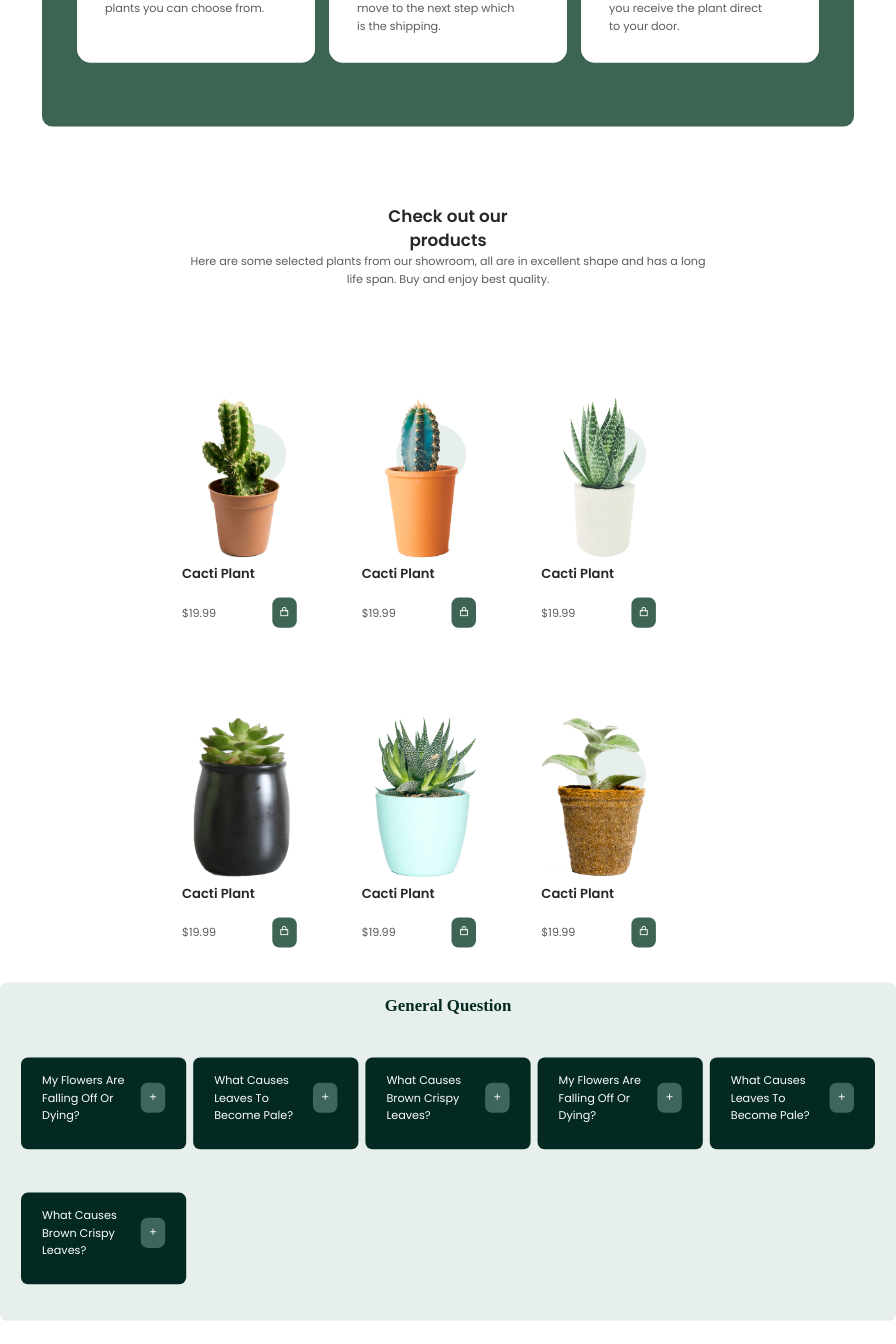
Repository: OmniaRafat232111121/plantwebsite
Page: index.html
The author's editor kept a copy of each file at every save. The page is drawn from the files as they stood at one save, then again after the next save.
The browser window is 1280 px wide. The pictures show the part of the page from y = 1434 to 3354 px (the page is 3354 px tall before and 3304 px after), at 70% of full size.

Above is the page before, as saved 2023-01-05 14:55:26.

After the next save:
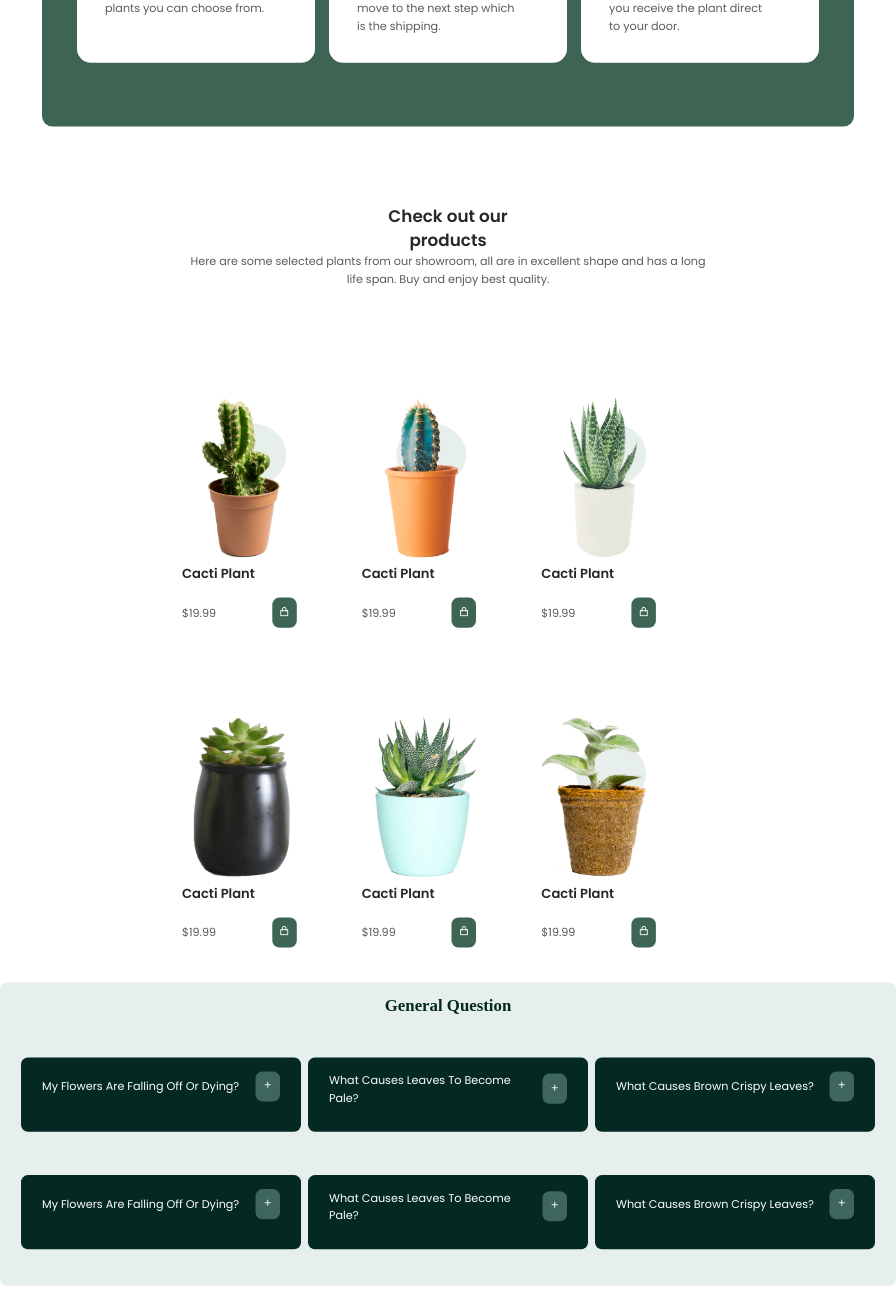
Saved 9 s later.
--- a/assets/css/styles.css
+++ b/assets/css/styles.css
@@ -569,7 +569,7 @@ margin-top: 40px;
 /*==========question========*/
 .section-question{
     display:grid;
-grid-template-columns: repeat(auto-fit, minmax(200px, 1fr));
+grid-template-columns: repeat(auto-fit, minmax(400px, 1fr));
 grid-gap:10px;
 margin-top: 40px;
 
